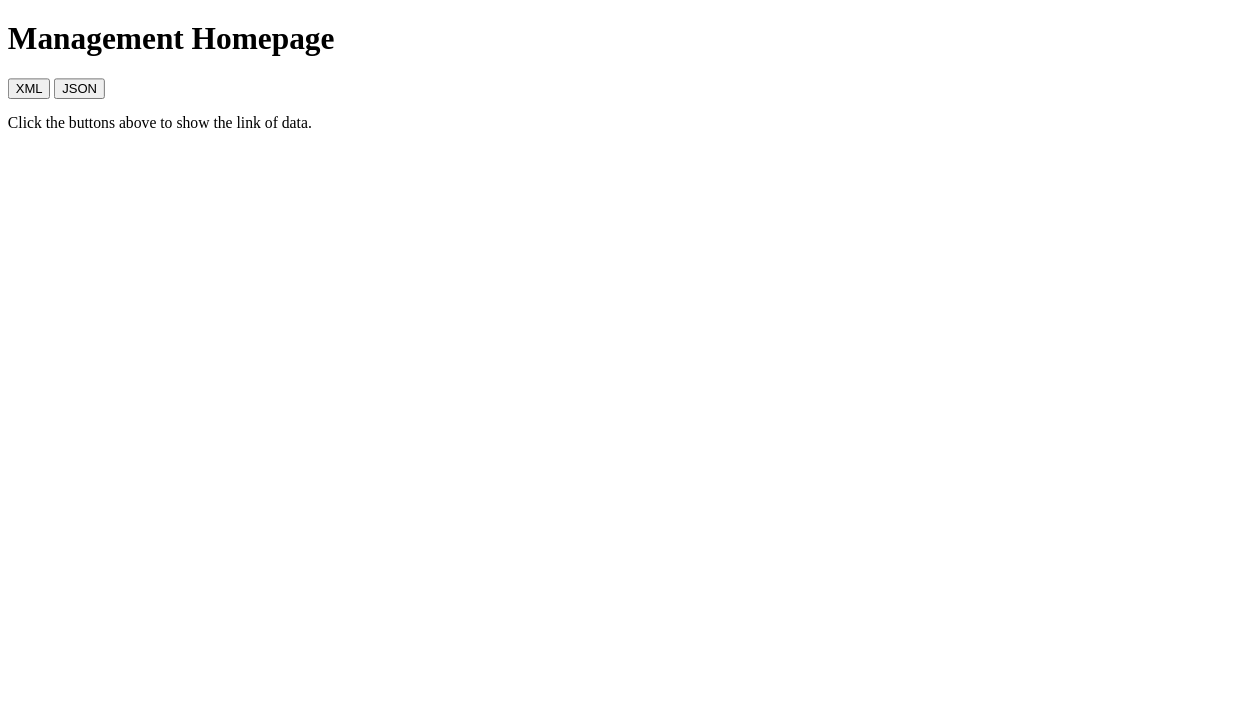
Repository: infsci2560sp16/full-stack-web-project-navis09
Page: hello/WebContent/index.html
The author's editor kept a copy of each file at every save. The page is drawn from the files as they stood at one save, then again after the next save.
The browser window is 1280 px wide. The pictures show the whole page, at 98% of full size.

Above is the page before, as saved 2016-03-30 22:37:55.

After the next save:
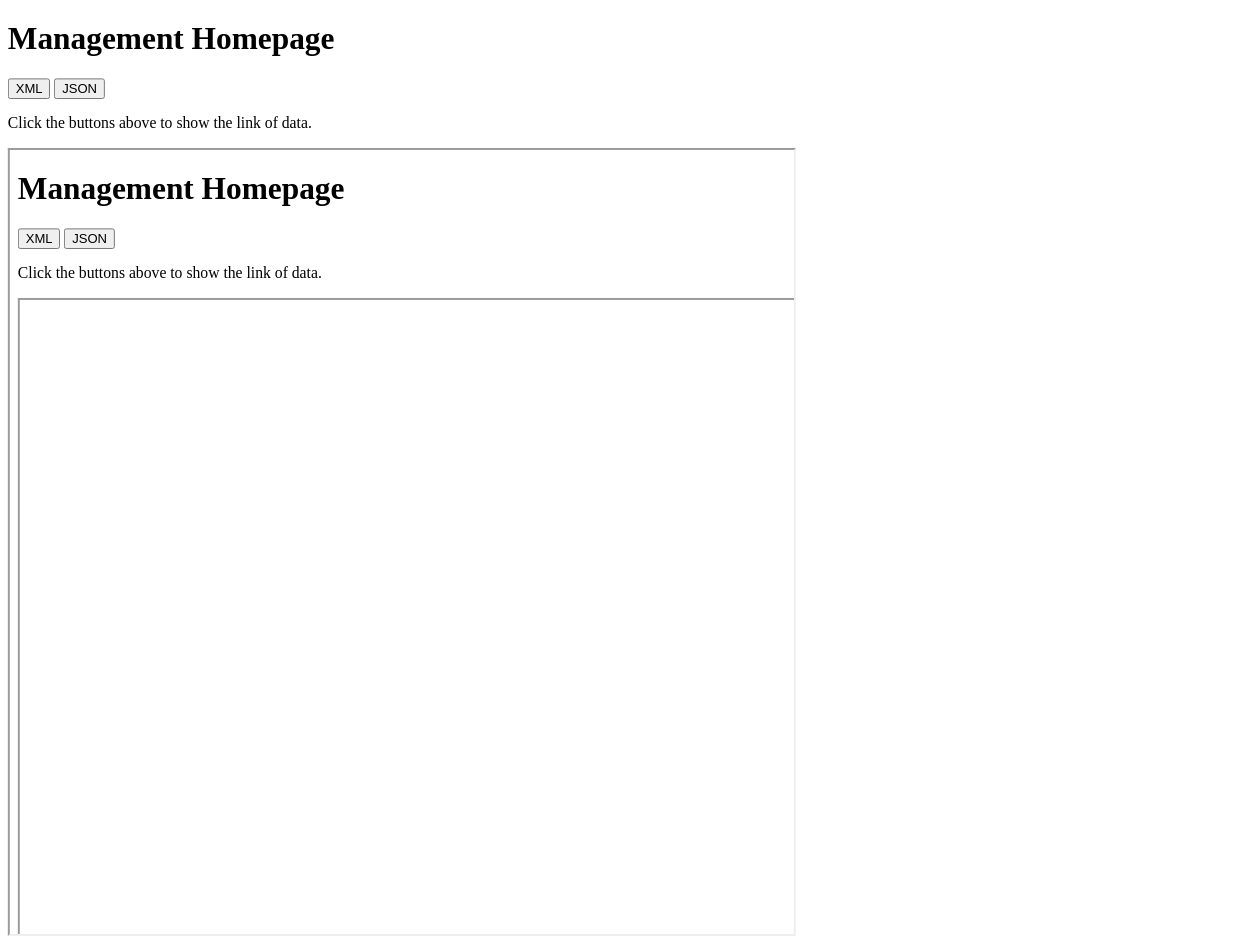
Saved 4 min 10 s later.
--- a/hello/WebContent/index.html
+++ b/hello/WebContent/index.html
@@ -24,6 +24,7 @@
 	<p id="content">
 	Click the buttons above to show the link of data.
     </p>
+    <iframe src="index.html" width="800" height="800"></iframe>
 
 
 </body>
